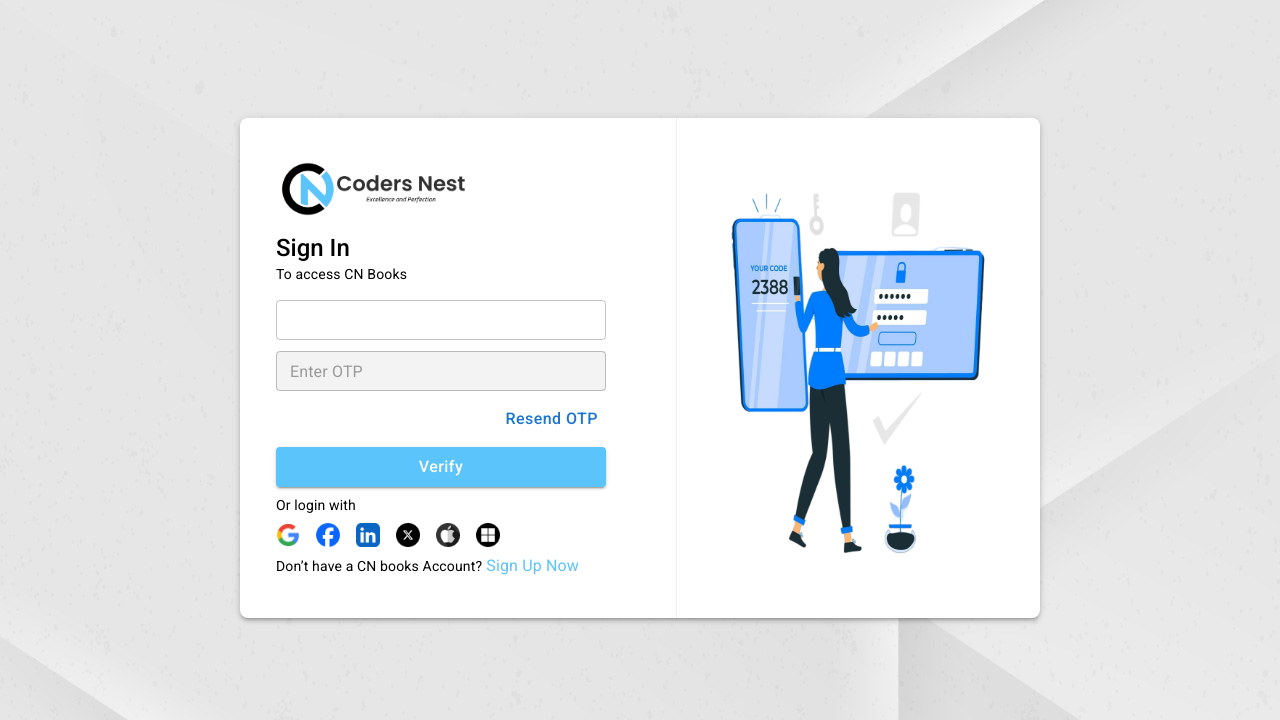
Repository: wajahadalishaik04/CN_Books
Page: /otpscreen
An editor plug-in stored every save of this project. The page is shown before and after the next save, followed by the edit.
The browser window is 1280 px wide. The pictures show the whole page.
The project was rebuilt for these pictures with package versions that can differ from the ones it lists, and the page was loaded fresh each time. Also part of the build but not shown: vite.config.js, src/pages/LoginScreen.jsx, src/pages/Signin.jsx, src/pages/SignUp.jsx, src/pages/VerifyScreen.jsx, src/components/Header.jsx, src/components/SideBar.jsx, src/components/Content.jsx and 7 more.

Above is the page before, as saved 2024-09-30 18:14:22.

After the next save:
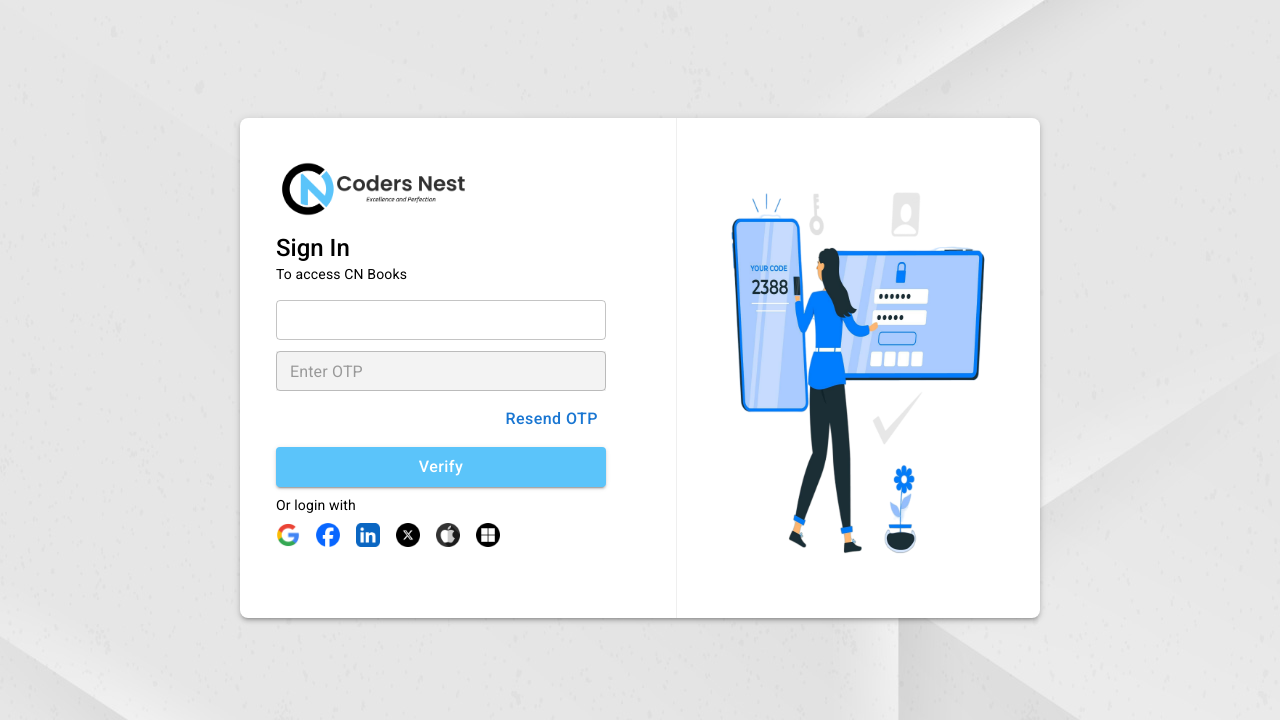
Saved 28 s later.
--- a/src/pages/OtpScreen.jsx
+++ b/src/pages/OtpScreen.jsx
@@ -198,20 +198,7 @@ const OtpScreen = () => {
               <img src={images.appleicon} width={24} alt="appleicon" />
               <img src={images.windowsicon} width={24} alt="windowsicon" />
             </Box>
-            <Typography variant="body2" sx={{ fontWeight: 400 }} mt={1}>
-              Don’t have a CN books Account?
-              <Link
-                to={"/signup"}
-                style={{
-                  color: "#5BC4FA",
-                  fontSize: "1rem",
-                  textDecoration: "none",
-                  marginLeft:4
-                }}
-              >
-                Sign Up Now
-              </Link>
-            </Typography>
+
 
             {/* Snackbar for OTP display */}
             <Snackbar
